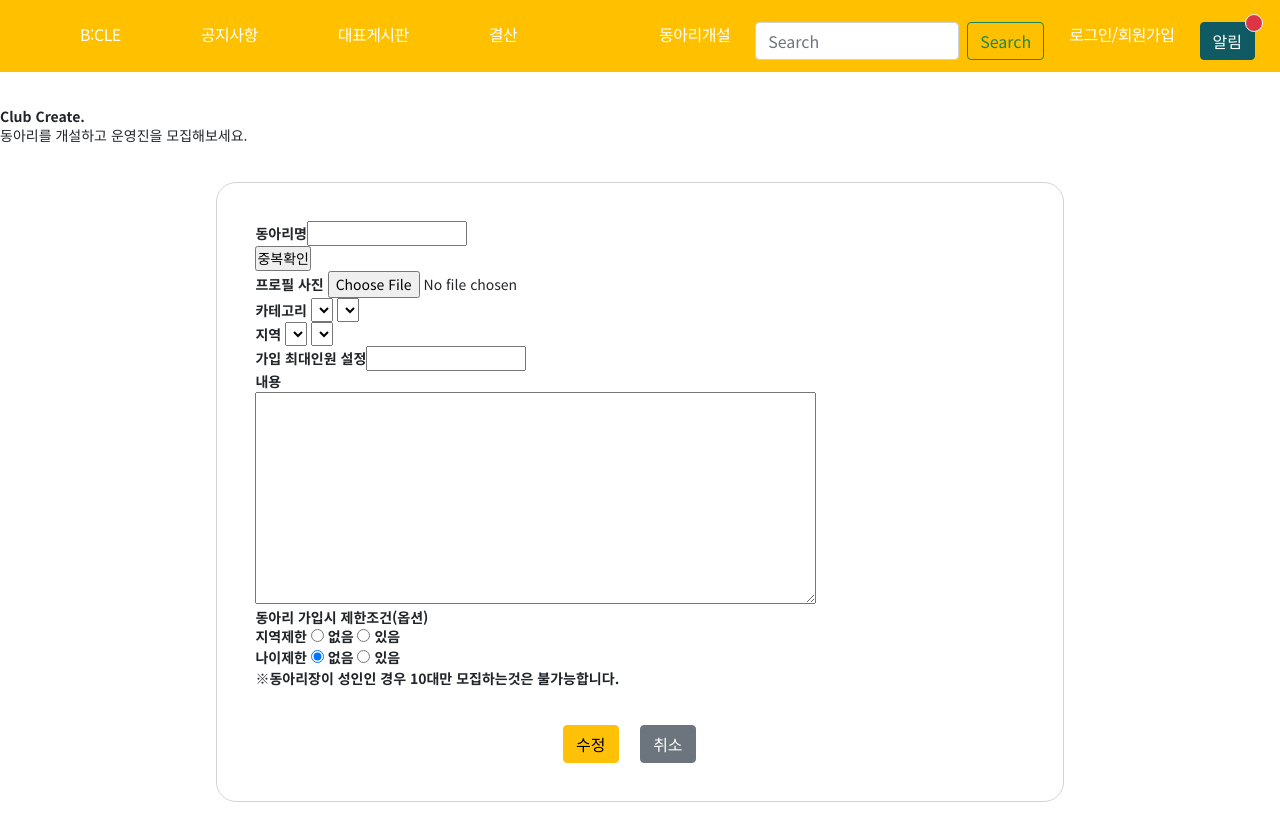
Repository: CHAEYUN7074/SpringProject
Page: http://localhost/viewpages/WEB-INF/view/PreClubUpdateForm.jsp
The author's editor kept a copy of each file at every save. The page is drawn from the files as they stood at one save, then again after the next save.
The browser window is 1280 px wide. The pictures show the whole page.
Some web fonts or font styles are not loaded; a fallback is used. The page is served by Tomcat 9. Nobody is signed in. Other server files are loaded and not shown. The template is opened directly, without the code that normally fills it, so the values that code supplies are empty.

Above is the page before, as saved 2021-12-27 16:28:58.

### viewpages/WebContent/WEB-INF/view/PreClubUpdateForm.jsp
<%@ page contentType="text/html; charset=UTF-8"%>
<%@ taglib prefix="c" uri="http://java.sun.com/jsp/jstl/core"%>
<%
   request.setCharacterEncoding("UTF-8");
String cp = request.getContextPath();
%>
<!DOCTYPE html>
<html>
<head>
<meta charset="UTF-8">
<title>PreClubUpdateForm.jsp</title>
<style type="text/css">
@import
   url('https://fonts.googleapis.com/css?family=Exo+2|Noto+Sans+KR&display=swap')
   ;

.list-title{margin-top : 5vh;}

#contents {
   margin : 5vh 30vh 5vh 30vh;
   padding : 3%;
   border : 1px solid lightgray;
   border-radius : 20px;
   font-family: 'Noto Sans KR', sans-serif;
   font-weight:bold;
}

.button_set {display : flex; margin-left : 40%; margin-top : 5vh;}
.button_set button {margin-right : 3vh;}



</style>


<script type="text/javascript" src="http://code.jquery.com/jquery.min.js"></script>
<script type="text/javascript" src="<%=cp%>/js/jquery-ui.js"></script>
<script type="text/javascript" src="<%=cp%>/js/ajax.js"></script>
<script type="text/javascript">

   $(document).ready(function()
   {
      //카테고리 대분류(category_L_Id)가 변경되었을 경우 수행해야 할 코드 처리
      $("#category_L_Id").change(function()
      {
         //lert($("#category_L_Id").val());

         // Ajax 요청 및 응답 처리
         $.ajax(
         {
            type : "POST"
            ,url : "ajaxcategory.action"
            ,data : {category_L_Id : $("#category_L_Id").val()}
            ,dataType : "json" //{key : vlaue}
            ,success : function(result)
            {
               $("#category_S_Id").children().remove();
               $("#category_S_Id").append("<option value=\"\">선택</option>");

               for(var i=0; i<result.length; i++)
               {
                  $("#category_S_Id").append("<option value=\""+result[i].category_s_id+"\">"+result[i].s_cat+"</option>");
               }
            }
            ,error : function(e)
            {
               alert(e.responseText);
            }
         });
      });

      $("#region_L_Id").change(function()
      {
         //alert('변경');
         //alert($("#region_L_Id").val());

         var category_s_id = '${preopen.category_s_id}';

         $.ajax(
         {
            type : "POST"
            ,url : "ajaxregion.action"
            ,data : {region_L_Id : $("#region_L_Id").val()}
            ,dataType : "json"
            ,success : function(result)
            {
               //alert(result);
               $("#region_S_Id").children().remove();
               $("#region_S_Id").append("<option value=\"\">선택</option>");

               for(var i=0; i<result.length; i++)
               {
                  $("#region_S_Id").append("<option value=\""+result[i].region_s_id+"\">"+result[i].local+"</option>");
               }
            }
            ,error : function(e)
            {
               alert(e.responseText);
            }

          });

      });

   });
      //동아리명 중복 검사

    $(document).ready(function()
   {

      $('.title').focusout(function()  //focusout
      {
         let userTitle = $('.title').val();

         $.ajax({
            url : "checktitle.action" // ①컨트롤러로~
            , type : "POST"
            , data : {userTitle : userTitle}
            , dataType : "json"
            , success : function(result) //Check title에서 여기로 왔다.
            {
               if(result.title == 0){
                  $("#checkTitle").html('이미 동일한 이름의 동아리가 존재합니다.');
                  $("#checkTitle").css('color', 'red');
                  $('#title').val(''); //중복된 내용삭제

               }
               else
               {

                  $("#checkTitle").html('사용할 수 있는 동아리 이름입니다.');
                  $("#checkTitle").css('color', 'green');
               }
            }
            , error : function(e)
            {
               alert(e.responseText); //에러사항 보여주기
            }
         })
      })
   });



 //각 상황별 alert 창 → required로 했는데 클리어하지가 않아서, 각 상황에 맞게 알림창을 띄우기로했다.
   $(document).ready(function()
   {
      $("#submitBtn").click(function()
      {
          if ($.trim($("#title").val()).length == 0)
         {
            alert("동아리명을 입력하세요.");
            $("#title").focus();
            return;
         }

         if ($("#category_L_Id").val() == "")
         {
            alert("카테고리를 선택해주세요");
            $("#category_L_Id").focus();
            return;
         }
         if ($("#category_S_Id").val()== "")
         {
            alert("카테고리를 선택해주세요");
            $("#category_S_Id").focus();
            return;
         }
         if ($("#region_L_Id").val()== "")
         {
            alert("지역을 선택해주세요");
            $("#region_L_Id").focus();
            return;
         }
         if ($("#region_S_ID").val()== "")
         {
            alert("지역을 선택해주세요");
            $("#region_S_ID").focus();
            return;
         }
         if ($("#max").val().length == 0)
         {
            alert("최대 인원을 입력하세요");
            $("#max").focus();
            return;
         }

          if ($("#content").val().length == 0) // 내용 입력하라는 에러 , div id가 content여서
          {
             alert("내용을 입력하세요");
             $("#content").focus();
             return;
          }

         $("#updateForm").submit();
      });
   });

</script>


</head>
<body>

   <div class="wrap">
      <!-- 네브 영역 -->
      <div>
         <c:import url="nav.jsp"></c:import>
      </div>
     <!--
     HttpSession session = request.getSession();
     session.setAttribute("id", id);
       -->
      <!-- 콘텐츠 영역 -->

         <section class="list-title">
         <div class="title">
            <h2>Club Create<span>.</span></h2>
            <p>동아리를 개설하고 운영진을 모집해보세요.</p>
         </div>
      </section>

      <div id="contents">
         <div>
            <form action="preclubupdate.action" method="post" id="updateForm" enctype="multipart/form-data">
               <div>
                  <input type="text" name="cid" value="${preopen.cid}" style="display: none;"> <!-- cid 안보이게 삽입 -->
                  <p>
                  동아리명<input type="text" name="title" id="title" class="title" maxlength='20'  value="${preopen.title }">
                  </p>
                  <input type="button" value="중복확인" id="check">
                  <span id="checkTitle" style="font-size: small;"></span><br>

                  프로필 사진
                  <input type="file" name="url" id="url" value="${preopen.url }">
                  <p>
                  <!--
                     동아리장<input type="text" name="nickname" id="nickname"
                        placeholder="로그인 상태인 사람 여기에 자동 닉네임 뿌려주기" disabled="disabled">
                     개설예정일<input
                        type="text" name="preopendate" id="preopendate"
                        placeholder="자동입력" disabled="disabled">
                         -->
                  </p>
                  <div>
                     카테고리
                     <select id="category_L_Id" name="category_L_Id">
                        <c:forEach var="category" items="${categoryLList }">
                            <option value="${category.category_l_id}"
                            ${preopen.category_l_id == category.category_l_id ? "selected=\"selected\"" : "" }
                             >${category.l_cat}</option>
                        </c:forEach>
                     </select>
                     <select id="category_S_Id" name="category_S_Id">
                        <option value="${preopen.category_s_id}" selected="selected">${preopen.s_cat}</option>
                     </select>
                  </div>


                  <div>

                     지역
                     <select id="region_L_Id" name="region_L_Id">
                        <c:forEach var="region" items="${regionLList }">
                            <option value="${region.region_l_id}"
                            ${preopen.region_l_id == region.region_l_id ? "selected=\"selected\"" : "" }
                             >${region.city}</option>
                        </c:forEach>
                     </select>
                     <select id="region_S_Id" name="region_S_Id">
                        <option value="${preopen.region_s_id}" selected="selected">${preopen.local}</option>
                     </select>
                  </div>

                  <p>
                     가입 최대인원 설정<input type="text" id="max" name="max"  value="${preopen.max}">
                  </p>
                  <div>
                     <p>내용</p>
                     <textarea rows="10" cols="70" id="content" name="content" maxlength='100'>${preopen.content}</textarea>
                  </div>
                  <div>
                     <%-- <c:import url="beePicCreated.jsp"></c:import> --%>
                  </div>

                  <div>
                     <h5>동아리 가입시 제한조건(옵션)</h5>

                     <div>
                        지역제한
                        <input type="radio" name="regionlimit" value="X" id="regionlimitX"
                        ${preopen.limit_id == 'X' ? "checked=\"checked\"" : "" }>
                        <label for="regionlimitX">없음</label>
                        <input type="radio" name="regionlimit" id="regionlimitO" value="O"
                        ${preopen.limit_id == 'O' ? "checked=\"checked\"" : "" } >
                        <label for="regionlimitO">있음</label>
                        <br>
                        나이제한
                        <input type="radio" name="agelimit" id="agelimitX" value="X" checked="checked">
                        <label for="agelimitX">없음</label>
                        <input type="radio" name="agelimit" id="agelimitO"  value="O">
                        <label for="agelimitO">있음</label>
                        <br>※동아리장이 성인인 경우 10대만 모집하는것은 불가능합니다.
                     </div>

                      <div class ="button_set">
                        <button type="button" class="btn btn-warning" id="submitBtn">수정</button>
                        <button type="button" class="btn btn-secondary"  id="cancleBtn" onclick="location.href='mainpage.action'">취소</button>
                     </div>

                  </div>

               </div>
            </form>
         </div>
      </div>

   </div>




</body>
<script type="text/javascript">


</script>
</html>

### viewpages/WebContent/WEB-INF/view/nav.jsp
<%@ page contentType="text/html; charset=UTF-8"%>
<%@ taglib prefix="c" uri="http://java.sun.com/jsp/jstl/core"%>
<%
   request.setCharacterEncoding("UTF-8");
String cp = request.getContextPath();
%>
<!DOCTYPE html>
<html lang="ko">
<head>
<meta charset="UTF-8">
<meta name="viewport" content="width=device-width, initial-scale=1">
<title>B:CLE</title>
<!-- <link rel="stylesheet" href="css/main.css"> -->
<link rel="stylesheet" href="css/font-awesome.min.css">
<link
   href="https://cdn.jsdelivr.net/npm/bootstrap@5.1.3/dist/css/bootstrap.min.css"
   rel="stylesheet"
   integrity="sha384-1BmE4kWBq78iYhFldvKuhfTAU6auU8tT94WrHftjDbrCEXSU1oBoqyl2QvZ6jIW3"
   crossorigin="anonymous">

<style>
@import
   url('https://fonts.googleapis.com/css?family=Exo+2|Noto+Sans+KR&display=swap')
   ;
/*reset*/
* {
   margin: 0;
   padding: 0;
}
body {
   margin: 0;
}
h1, h2, h3, h4, h5, h6, p, ul, ol, li, dl, dt, dd {
   margin: 0;
   padding: 0;
}
h1, h2, h3, h4, h5, h6 {
   font-weight: 700;
   font-size: inherit;
}
a {
   color: inherit;
   text-decoration: inherit;
}
img {
   vertical-align: middle;
}
a img {
   border: none;
}
li {
   list-style: none;
}
address, em, i, ul {
   font-style: normal;
}
.mo {
   display: none;
}
body {
   font-family: 'Noto Sans KR', sans-serif;
   font-size: 14px;
}
header {
   font-family: 'Noto Sans KR', sans-serif;
   letter-spacing: -0.5px;
   background: rgb(255, 192, 0);
   color: white;
   height: 10vh;
   width: 100%;
   position: relative;
   margin-top: -20px;
}
.mainHeader {
   width: 100%;
   margin-top: 20px;
   box-sizing: border-box;
   vertical-align: center;
}
.mainHeader .gnbMo {
   display: none;
}
.mainHeader .gnb {
   float: left;
   margin-left: 80px;
   margin-top: 3vh;
}
.mainHeader .gnb li {
   float: left;
   margin-right: 80px;
}
.mainHeader .gnb li a {
   display: block;
   width: 100%;
   text-align: center;
   color: #fff;
   font-size: 16px;
   text-decoration-line: none;
}
.mainHeader .gnb li a:hover, .mainHeader .gnb li a:focus {
   color: #ff8342;
}
.mainHeader .tnb {
   float: right;
   margin-top: 3vh;
}
.mainHeader .tnb li {
   float: left;
   margin-right: 25px;
}
.mainHeader .tnb li a {
   display: block;
   width: 100%;
   text-align: center;
   font-size: 16px;
   color: #fff;
   text-decoration-line: none;
}
.mainHeader .tnb li:nth-child(1) a i, .mainHeader .tnb li:nth-child(2) a i
   {
   font-size: 20px;
   margin-right: 8px;
}
.mainHeader .tnb li:last-child a {
   display: block;
   width: 105px;
   line-height: 2;
   border: 1px solid #fff;
   border-radius: 30px;
   margin-top: 35px;
}
.mainHeader .tnb li:last-child a i {
   margin-left: 5px;
}
.mainHeader .tnb li:last-child a:hover {
   background: #fff;
   color: #ff8342;
   transition: all 0.3s;
}
.btn-primary {
    color: #fff;
    background-color: #105b63;
    border-color: #105b63;
}


.box {
    width: 30px;
    height: 30px;
    border-radius: 70%;
    overflow: hidden;
}
.profile {
    width: 100%;
    height: 100%;
    object-fit: cover;
}

</style>


</head>
<body>

   <c:choose>
      <c:when test="${!empty id }">
         <header>
            <div class="mainHeader">
               <nav class="gnb">
                  <ul>
                     <li><a href="mainpage.action">B:CLE</a></li>
                     <li><a href="mainnoticelist.action">공지사항</a></li>
                     <li><a href="mainfreeboardlist.action">대표게시판</a></li>
                     <li><a href="mainaccount.action">결산</a></li>
                  </ul>
               </nav>
               <nav class="tnb">
                  <ul>

                     <li><a href="clubinsertform.action">동아리개설</a></li>

                     <li>
                        <form class="d-flex">
                           <input class="form-control me-2" type="search"
                              placeholder="Search" aria-label="Search">
                           <button class="btn btn-outline-success" type="submit">Search</button>
                        </form>
                     </li>



                     <!-- 값을 넘겨보려 시도했는데 실패...ㅠ 다시 해볼게요 - 현정 -->
                     <li><a href="#">마이페이지</a></li>
                     <li><a href="logout.action"></i>로그아웃</a></li>
                         <li><button type="button"
                              class="btn btn-primary position-relative">
                              알림 <span
                                 class="position-absolute top-0 start-100 translate-middle p-2 bg-danger border border-light rounded-circle">
                                 <span class="visually-hidden">New alerts</span>
                              </span>
                             </button></li>
                  </ul>
               </nav>
               <nav class="gnbMo">
                  <a href="#"><i class="fa fa-bars" aria-hidden="true"></i></a>
               </nav>
            </div>
         </header>
      </c:when>
      <c:otherwise>
         <header>
            <div class="mainHeader">
               <nav class="gnb">
                  <ul>
                     <li><a href="mainpage.action">B:CLE</a></li>
                     <li><a href="mainnoticelist.action">공지사항</a></li>
                     <li><a href="mainfreeboardlist.action">대표게시판</a></li>
                     <li><a href="mainaccount.action">결산</a></li>
                  </ul>
               </nav>
               <nav class="tnb">
                  <ul>

                     <li><a href="#">동아리개설</a></li>

                     <li>
                        <form class="d-flex">
                           <input class="form-control me-2" type="search"
                              placeholder="Search" aria-label="Search">
                           <button class="btn btn-outline-success" type="submit">Search</button>
                        </form>
                     </li>




                     <li><a href="loginpage.action"></i>로그인/회원가입</a></li>
                     <li><button type="button"
                           class="btn btn-primary position-relative">
                           알림 <span
                              class="position-absolute top-0 start-100 translate-middle p-2 bg-danger border border-light rounded-circle">
                              <span class="visually-hidden">New alerts</span>
                           </span>
                        </button></li>
                  </ul>
               </nav>
               <nav class="gnbMo">
                  <a href="#"><i class="fa fa-bars" aria-hidden="true"></i></a>
               </nav>
            </div>
         </header>
      </c:otherwise>
   </c:choose>
   <!--header-->




</body>
</html>

<!-- 검색부분에 쓸 부트스트랩 -->
<!--       <form class="d-flex">
        <input class="form-control me-2" type="search" placeholder="Search" aria-label="Search">
        <button class="btn btn-outline-success" type="submit">Search</button>
      </form> -->

### viewpages/WebContent/js/ajax.js
/**
 * ajax.js
 */


var ajax = null;

// AJAX 객체(XMLHttpRequest 객체) 생성 함수
function createAjax()
{
	/*
	// ActiveXObject 를 지원하는 브라우저라면...
	if (window.ActiveXObject)			//-- IE 7 이전
	{
		return new ActiveXObject("Msxml2.XMLHTTP");
		//-- 이와 같은 방식으로 XMLHttpRequest 객체를 생성해서 반환하라.
		//   (ActiveXObject 객체 → XMLHttpRequest 객체의 대리 객체)
	}
	else								//-- 그 외 브라우저
	{
		if(window.XMLHttpRequest)		//-- XMLHttpRequest 지원 브라우저
		{
			return new XMLHttpRequest();
			//-- 이와 같은 방식으로 XMLHttpRequest 객체를 생성해서 반환하라.
		}
		else							//-- AJAX 를 지원하지 않는 브라우저
		{
			return null;
		}
	}
	*/

	// 위와 의미 같음. 논리적 순서로 정리한 것.
	if (window.XMLHttpRequest)
	{
		return new XMLHttpRequest();
	}
	else if (window.ActiveXObject)
	{
		//return new ActiveXObject("Msxml2.XMLHTTP");
		return new ActiveXObject("Microsoft.XMLHTTP");
	}
	else
	{
		return null;
	}
}

Loaded but not shown: viewpages/WebContent/js/jquery-ui.js (library)

After the next save:
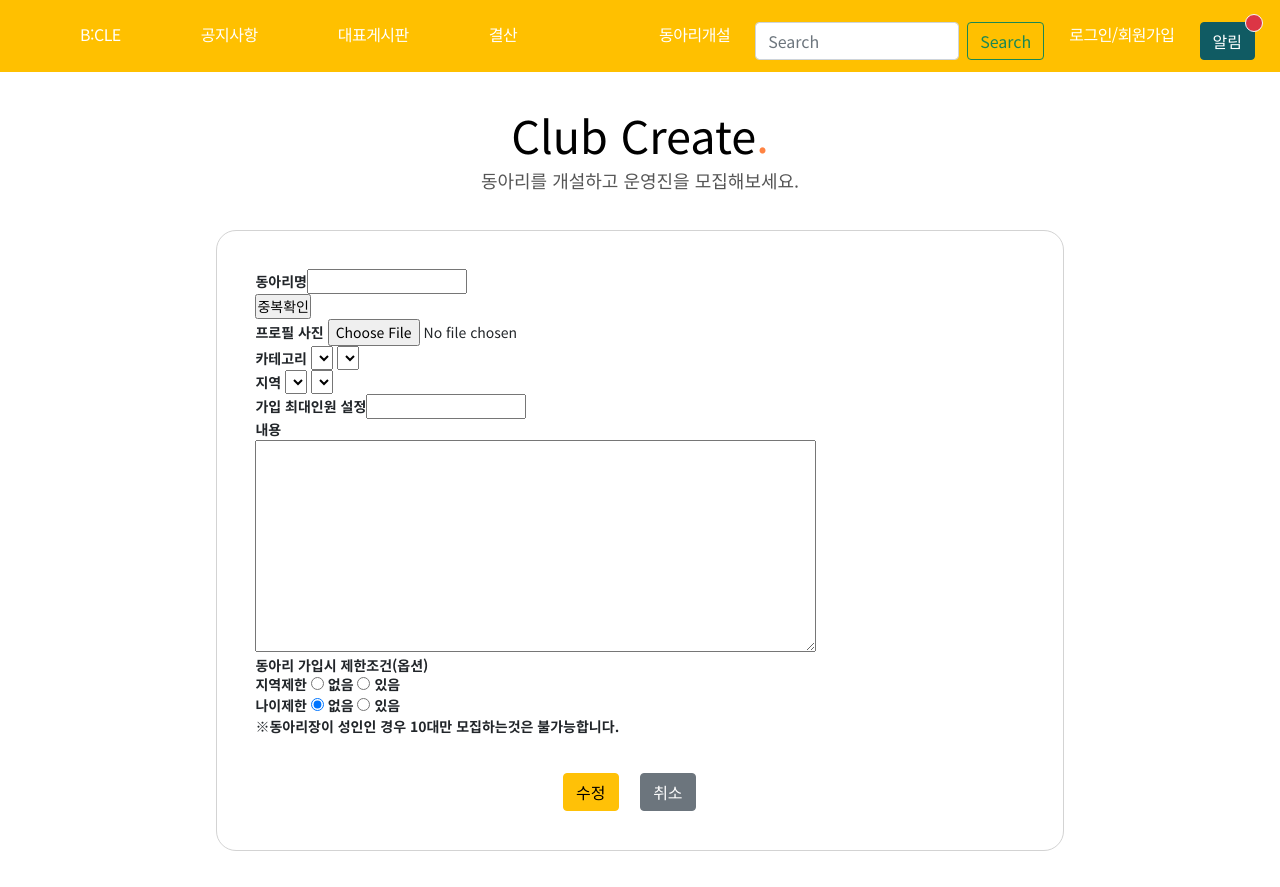
Saved 47 s later.
--- a/viewpages/WebContent/WEB-INF/view/PreClubUpdateForm.jsp
+++ b/viewpages/WebContent/WEB-INF/view/PreClubUpdateForm.jsp
@@ -15,6 +15,11 @@ String cp = request.getContextPath();
    ;
 
 .list-title{margin-top : 5vh;}
+section .name {color: #000; text-align: center;}
+section .name h2 {font-size: 45px; margin-bottom: 5px; font-weight: normal;}
+section .name h2 span {color:#ff8342; }
+section .name p {font-size: 18px; color: #555;}
+
 
 #contents {
    margin : 5vh 30vh 5vh 30vh;
@@ -214,7 +219,7 @@ String cp = request.getContextPath();
       <!-- 콘텐츠 영역 -->
 
          <section class="list-title">
-         <div class="title">
+         <div class="name">
             <h2>Club Create<span>.</span></h2>
             <p>동아리를 개설하고 운영진을 모집해보세요.</p>
          </div>
